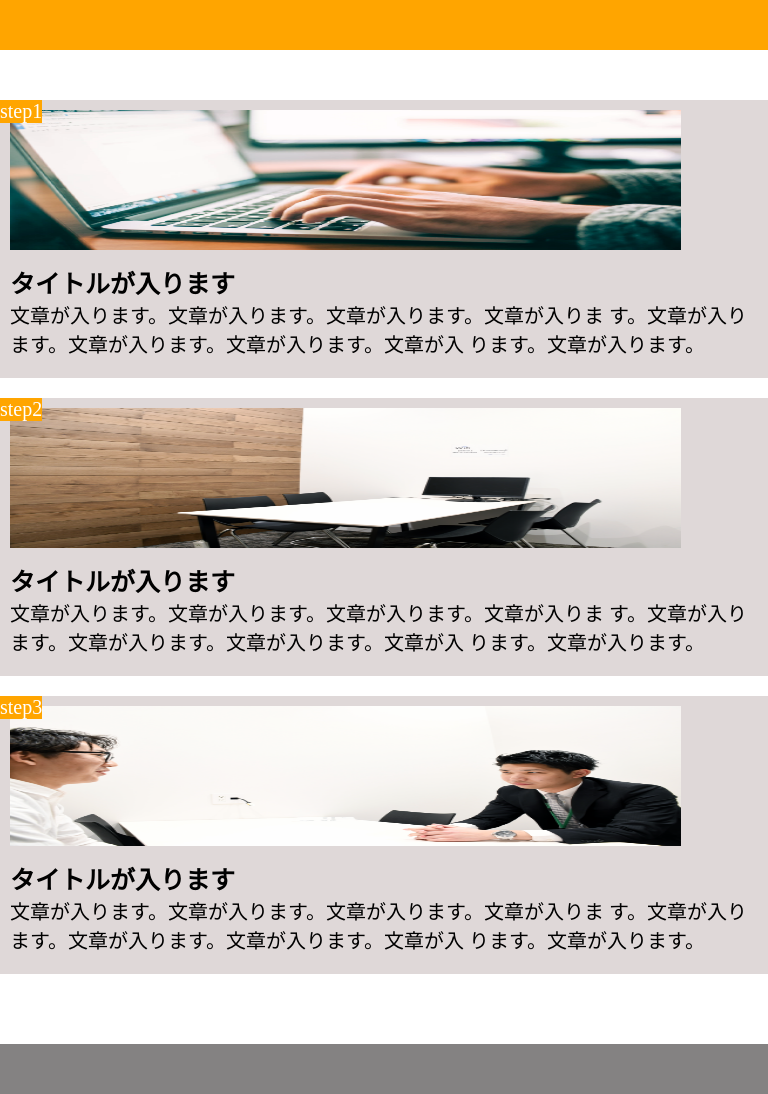
Repository: ishidaryu/ishidaryu
Page: HW/HW.html
The author's editor kept a record of every edit. The page is drawn from the files as they stood at one moment, then again after the next edit.
The browser window is 768 px wide. The pictures show the whole page.

Above is the page before.

After the next edit:
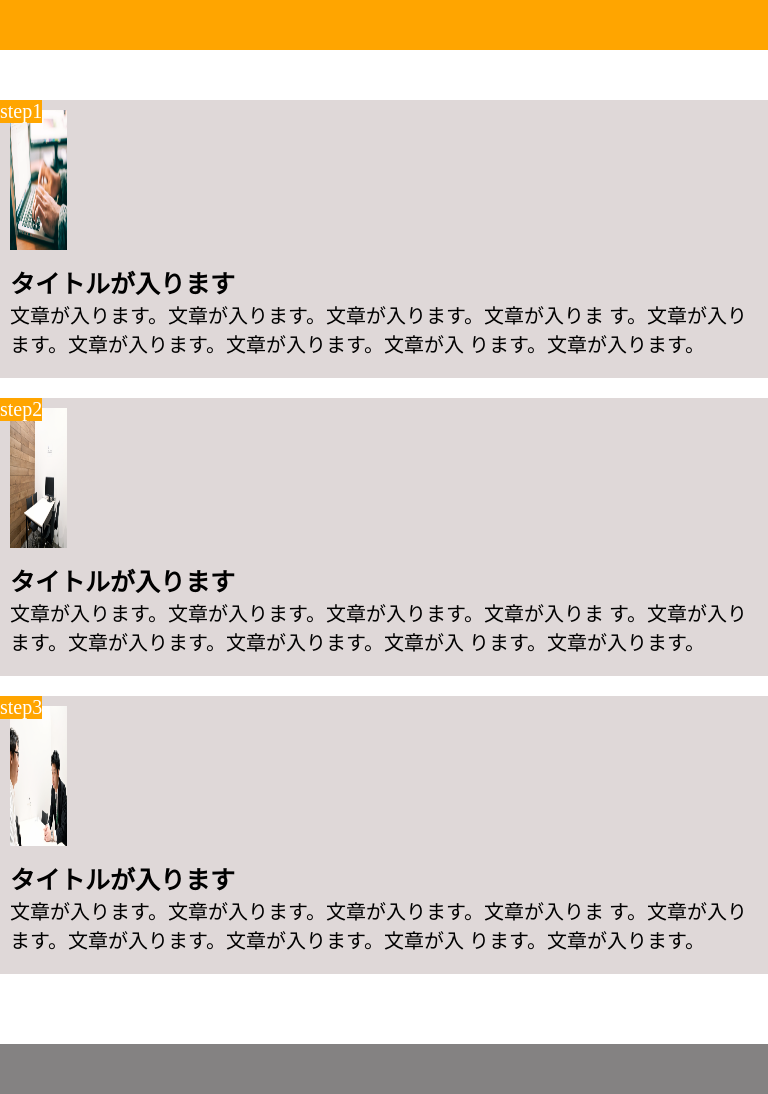
The edit:
--- a/HW/HW.css
+++ b/HW/HW.css
@@ -125,7 +125,7 @@
   }
 
   .blog-image {
-    width: 90%;
+    width: 10%;
   }
 
   .blog-text {
